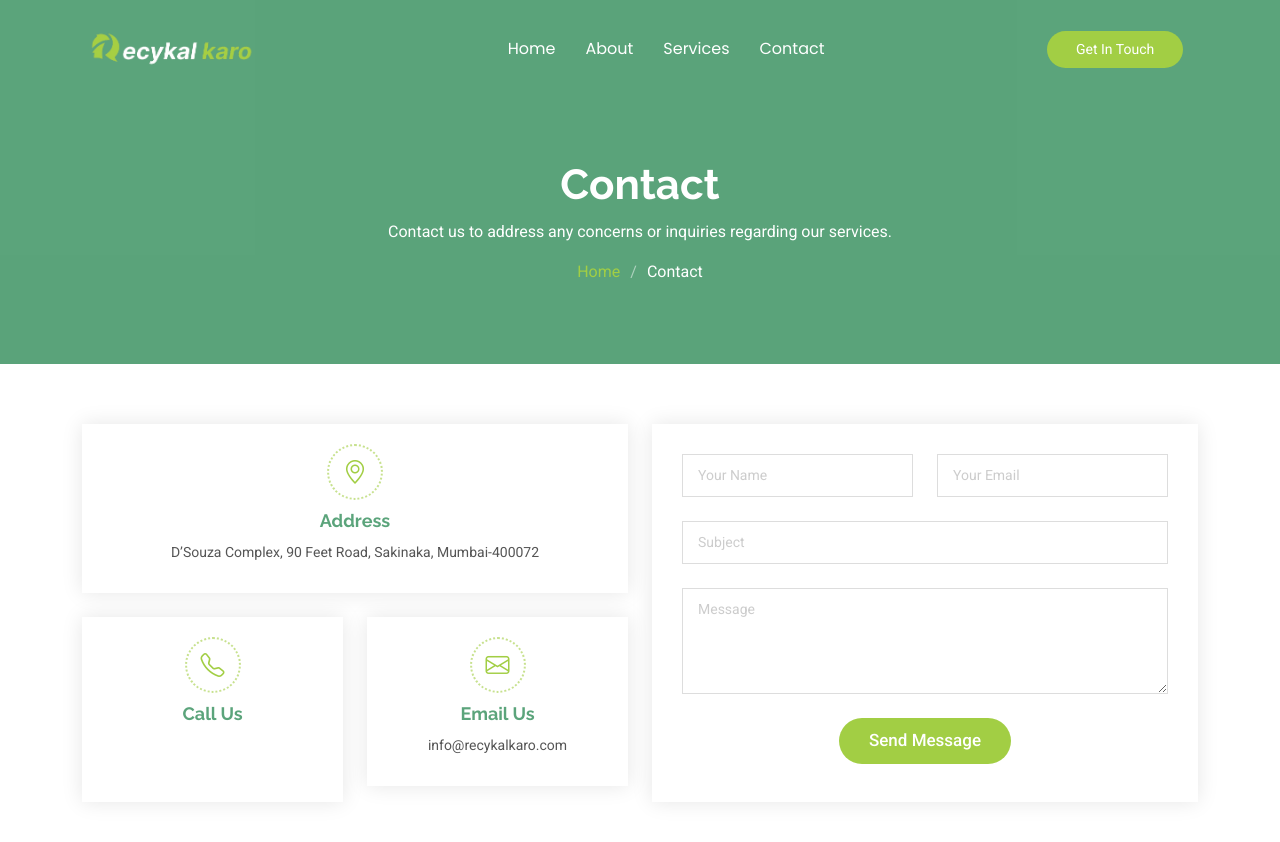
Repository: msmsa2001/recyclekaro
Page: contact.html
The author's editor kept a copy of each file at every save. The page is drawn from the files as they stood at one save, then again after the next save.
The browser window is 1280 px wide. The pictures show the part of the page from y = 0 to 842 px (the page is 1739 px tall before and 1731 px after).
Pictures or frames that could not be fetched are drawn as grey boxes.

Above is the page before, as saved 2024-09-30 15:09:04.
Console error: TypeError: Cannot read properties of null (reading 'style')

### contact.html
<!DOCTYPE html>
<html lang="en">

<head>
  <meta charset="utf-8">
  <meta content="width=device-width, initial-scale=1.0" name="viewport">
  <title>Contact - Moderna Bootstrap Template</title>
  <meta name="description" content="">
  <meta name="keywords" content="">

  <!-- Favicons -->
  <!-- <link href="assets/img/favicon.png" rel="icon"> -->
  <link href="assets/img/logos/favicon-32x32-removebg-preview.png" rel="icon">

  <link href="assets/img/apple-touch-icon.png" rel="apple-touch-icon">

  <!-- Fonts -->
  <link href="https://fonts.googleapis.com" rel="preconnect">
  <link href="https://fonts.gstatic.com" rel="preconnect" crossorigin>
  <link href="https://fonts.googleapis.com/css2?family=Roboto:ital,wght@0,100;0,300;0,400;0,500;0,700;0,900;1,100;1,300;1,400;1,500;1,700;1,900&family=Poppins:ital,wght@0,100;0,200;0,300;0,400;0,500;0,600;0,700;0,800;0,900;1,100;1,200;1,300;1,400;1,500;1,600;1,700;1,800;1,900&family=Raleway:ital,wght@0,100;0,200;0,300;0,400;0,500;0,600;0,700;0,800;0,900;1,100;1,200;1,300;1,400;1,500;1,600;1,700;1,800;1,900&display=swap" rel="stylesheet">

  <!-- Vendor CSS Files -->
  <link href="assets/vendor/bootstrap/css/bootstrap.min.css" rel="stylesheet">
  <link href="assets/vendor/bootstrap-icons/bootstrap-icons.css" rel="stylesheet">
  <link href="assets/vendor/aos/aos.css" rel="stylesheet">
  <link href="assets/vendor/glightbox/css/glightbox.min.css" rel="stylesheet">
  <link href="assets/vendor/swiper/swiper-bundle.min.css" rel="stylesheet">

  <!-- Main CSS File -->
  <link href="assets/css/main.css" rel="stylesheet">

  <!-- =======================================================
  * Template Name: Moderna
  * Template URL: https://bootstrapmade.com/free-bootstrap-template-corporate-moderna/
  * Updated: Aug 07 2024 with Bootstrap v5.3.3
  * Author: BootstrapMade.com
  * License: https://bootstrapmade.com/license/
  ======================================================== -->
</head>

<body class="contact-page">

  <header id="header" class="header d-flex align-items-center fixed-top">
    <div class="container-fluid container-xl position-relative d-flex align-items-center justify-content-between">

      <a href="index.html" class="logo d-flex align-items-center">
        <!-- Uncomment the line below if you also wish to use an image logo -->
        <!-- <img src="assets/img/logo.png" alt=""> -->
        <!-- <h1 class="sitename">Moderna</h1> -->
        <img src="assets/img/logos/Recykal_karo_logo_Balck_BG-removebg-preview.png" alt="" style="width: 180px;">

      </a>

      <nav id="navmenu" class="navmenu">
        <ul>
          <li><a href="index.html" class="active">Home</a></li>
          <li><a href="about.html">About</a></li>
          <li><a href="services.html">Services</a></li>
          <!-- <li><a href="portfolio.html">Portfolio</a></li>
          <li><a href="team.html">Team</a></li>
          <li><a href="blog.html">Blog</a></li>
          <li class="dropdown"><a href="#"><span>Dropdown</span> <i class="bi bi-chevron-down toggle-dropdown"></i></a>
            <ul>
              <li><a href="#">Dropdown 1</a></li>
              <li class="dropdown"><a href="#"><span>Deep Dropdown</span> <i class="bi bi-chevron-down toggle-dropdown"></i></a>
                <ul>
                  <li><a href="#">Deep Dropdown 1</a></li>
                  <li><a href="#">Deep Dropdown 2</a></li>
                  <li><a href="#">Deep Dropdown 3</a></li>
                  <li><a href="#">Deep Dropdown 4</a></li>
                  <li><a href="#">Deep Dropdown 5</a></li>
                </ul>
              </li>
              <li><a href="#">Dropdown 2</a></li>
              <li><a href="#">Dropdown 3</a></li>
              <li><a href="#">Dropdown 4</a></li>
            </ul>
          </li> -->
          <li><a href="contact.html">Contact</a></li>
        </ul>
        <i class="mobile-nav-toggle d-xl-none bi bi-list"></i>
      </nav>
      <a class="btn-getstarted" href="#contact">Get In Touch</a>

    </div>
  </header>

  <main class="main">

    <!-- Page Title -->
    <div class="page-title dark-background">
      <div class="container position-relative">
        <h1>Contact</h1>
        <p>Contact us to address any concerns or inquiries regarding our services.</p>
        <nav class="breadcrumbs">
          <ol>
            <li><a href="index.html">Home</a></li>
            <li class="current">Contact</li>
          </ol>
        </nav>
      </div>
    </div><!-- End Page Title -->

    <!-- Contact Section -->
    <section id="contact" class="contact section">

      <div class="container" data-aos="fade-up" data-aos-delay="100">

        <div class="row gy-4">
          <div class="col-lg-6 ">
            <div class="row gy-4">

              <div class="col-lg-12">
                <div class="info-item d-flex flex-column justify-content-center align-items-center" data-aos="fade-up" data-aos-delay="200">
                  <i class="bi bi-geo-alt"></i>
                  <h3>Address</h3>
                  <p>D’Souza Complex, 90 Feet Road, Sakinaka, Mumbai-400072
                  </p>
                </div>
              </div><!-- End Info Item -->

              <div class="col-md-6">
                <div class="info-item d-flex flex-column justify-content-center align-items-center" data-aos="fade-up" data-aos-delay="300">
                  <i class="bi bi-telephone"></i>
                  <h3>Call Us</h3>
                  <p class="mt-3"><a href="tel:9082588673"><span style="color: white;" >+91 9082588673</span></a></p>

                </div>
              </div><!-- End Info Item -->

              <div class="col-md-6">
                <div class="info-item d-flex flex-column justify-content-center align-items-center" data-aos="fade-up" data-aos-delay="400">
                  <i class="bi bi-envelope"></i>
                  <h3>Email Us</h3>
                  <p>info@recykalkaro.com</p>
                </div>
              </div><!-- End Info Item -->

            </div>
          </div>

          <div class="col-lg-6">
            <form action="forms/contact.php" method="post" class="php-email-form" data-aos="fade-up" data-aos-delay="500">
              <div class="row gy-4">

                <div class="col-md-6">
                  <input type="text" name="name" class="form-control" placeholder="Your Name" required="">
                </div>

                <div class="col-md-6 ">
                  <input type="email" class="form-control" name="email" placeholder="Your Email" required="">
                </div>

                <div class="col-md-12">
                  <input type="text" class="form-control" name="subject" placeholder="Subject" required="">
                </div>

                <div class="col-md-12">
                  <textarea class="form-control" name="message" rows="4" placeholder="Message" required=""></textarea>
                </div>

                <div class="col-md-12 text-center">
                  <div class="loading">Loading</div>
                  <div class="error-message"></div>
                  <div class="sent-message">Your message has been sent. Thank you!</div>

                  <button type="submit">Send Message</button>
                </div>

              </div>
            </form>
          </div><!-- End Contact Form -->

        </div>

      </div>

      <div class="mt-5" data-aos="fade-up" data-aos-delay="200">
        <iframe src="https://www.google.com/maps/embed?pb=!1m18!1m12!1m3!1d3770.2793611142156!2d72.88540377395167!3d19.095396651365814!2m3!1f0!2f0!3f0!3m2!1i1024!2i768!4f13.1!3m3!1m2!1s0x3be7c87ac4d15cdb%3A0xe466462b259fdd62!2sDSOUZA%20NAGAR%20COMPLEX%20dosti%20regency!5e0!3m2!1sen!2sin!4v1727327275013!5m2!1sen!2sin" width="100%" height="450" style="border:0;" allowfullscreen="" loading="lazy" referrerpolicy="no-referrer-when-downgrade"></iframe>      </div><!-- End Google Maps -->

    </section><!-- /Contact Section -->

  </main>

  <footer id="footer" class="footer dark-background">

    <!-- <div class="footer-newsletter">
      <div class="container">
        <div class="row justify-content-center text-center">
          <div class="col-lg-6">
            <h4>Join Our Newsletter</h4>
            <p>Subscribe to our newsletter and receive the latest news about our products and services!</p>
            <form action="forms/newsletter.php" method="post" class="php-email-form">
              <div class="newsletter-form"><input type="email" name="email"><input type="submit" value="Subscribe"></div>
              <div class="loading">Loading</div>
              <div class="error-message"></div>
              <div class="sent-message">Your subscription request has been sent. Thank you!</div>
            </form>
          </div>
        </div>
      </div>
    </div> -->

    <div class="container footer-top">
      <div class="row gy-4">
        <div class="col-lg-4 col-md-6 footer-about">
          <a href="index.html" class="logo d-flex align-items-center">
            <img src="assets/img/logos/Recykal_karo_logo_Balck_BG-removebg-preview.png" alt="">
          </a>
          <div class="footer-contact pt-3">
            <p>D’Souza Complex, 90 Feet Road,
            </p>
            <p>Sakinaka, Mumbai-400072</p>
            <p class="mt-3"><strong>Phone:</strong><a href="tel:9082588673"><span style="color: white;" >+91 9082588673</span></a></p>
            <p><strong>Email:</strong> <a href="mailto:info@recykalkaro.com"><span style="color: white;">info@recykalkaro.com</span></a></p>
          </div>
        </div>

        <div class="col-lg-2 col-md-3 footer-links">
          <h4>Useful Links</h4>
          <ul>
            <li><i class="bi bi-chevron-right"></i> <a href="index.html">Home</a></li>
            <li><i class="bi bi-chevron-right"></i> <a href="about.html">About us</a></li>
            <li><i class="bi bi-chevron-right"></i> <a href="services.html">Services</a></li>
            <li><i class="bi bi-chevron-right"></i> <a href="contact.html">Contact</a></li>
          </ul>
        </div>

        <!-- <div class="col-lg-2 col-md-3 footer-links">
          <h4>Our Services</h4>
          <ul>
            <li><i class="bi bi-chevron-right"></i> <a href="#">Web Design</a></li>
            <li><i class="bi bi-chevron-right"></i> <a href="#">Web Development</a></li>
            <li><i class="bi bi-chevron-right"></i> <a href="#">Product Management</a></li>
            <li><i class="bi bi-chevron-right"></i> <a href="#">Marketing</a></li>
          </ul>
        </div> -->

        <div class="col-lg-4 col-md-12">
          <h4>Follow Us</h4>
          <p>Stay connected with GreenLife E-Waste for the latest updates on eco-friendly practices, e-waste recycling tips, and sustainability news. Follow us on social media to join our mission towards a greener tomorrow!</p>
          <div class="social-links d-flex">
            <a href="https://x.com/greenlifeewaste" target="_blank"><i class="bi bi-twitter-x"></i></a>
            <a href="https://www.facebook.com/greenlifeewaste" target="_blank"><i class="bi bi-facebook"></i></a>
            <a href="https://www.instagram.com/greenlifeewaste/" target="_blank"><i class="bi bi-instagram"></i></a>
            <a href="https://www.linkedin.com/company/recykal-karo" target="_blank"><i class="bi bi-linkedin"></i></a>
          </div>
        </div>

      </div>
    </div>

    <div class="container copyright text-center mt-4">
      <p>© <span>Copyright</span> <strong class="px-1 sitename">Recykal Karo</strong> <span>All Rights Reserved</span></p>
      <div class="credits">
        <!-- All the links in the footer should remain intact. -->
        <!-- You can delete the links only if you've purchased the pro version. -->
        <!-- Licensing information: https://bootstrapmade.com/license/ -->
        <!-- Purchase the pro version with working PHP/AJAX contact form: [buy-url] -->
        Designed by <a href="https://pyzon.in/" target="_blank">Pyzon Pvt. Ltd.</a>
      </div>
    </div>

  </footer>

  <!-- Scroll Top -->
  <a href="#" id="scroll-top" class="scroll-top d-flex align-items-center justify-content-center"><i class="bi bi-arrow-up-short"></i></a>

  <!-- Preloader -->
  <div id="preloader"></div>

  <!-- Vendor JS Files -->
  <script src="assets/vendor/bootstrap/js/bootstrap.bundle.min.js"></script>
  <script src="assets/vendor/php-email-form/validate.js"></script>
  <script src="assets/vendor/aos/aos.js"></script>
  <script src="assets/vendor/glightbox/js/glightbox.min.js"></script>
  <script src="assets/vendor/purecounter/purecounter_vanilla.js"></script>
  <script src="assets/vendor/swiper/swiper-bundle.min.js"></script>
  <script src="assets/vendor/waypoints/noframework.waypoints.js"></script>
  <script src="assets/vendor/imagesloaded/imagesloaded.pkgd.min.js"></script>
  <script src="assets/vendor/isotope-layout/isotope.pkgd.min.js"></script>

  <!-- Main JS File -->
  <script src="assets/js/main.js"></script>

</body>

</html>

Loaded but not shown: assets/vendor/bootstrap/css/bootstrap.min.css (library); assets/vendor/bootstrap-icons/bootstrap-icons.css (library); assets/vendor/aos/aos.css (library); assets/vendor/glightbox/css/glightbox.min.css (library); assets/vendor/swiper/swiper-bundle.min.css (library); assets/vendor/bootstrap/js/bootstrap.bundle.min.js (library); assets/vendor/php-email-form/validate.js (common file); assets/vendor/aos/aos.js (library); assets/vendor/glightbox/js/glightbox.min.js (library); assets/vendor/purecounter/purecounter_vanilla.js (library); assets/vendor/swiper/swiper-bundle.min.js (library); assets/vendor/waypoints/noframework.waypoints.js (library); assets/vendor/imagesloaded/imagesloaded.pkgd.min.js (library); assets/vendor/isotope-layout/isotope.pkgd.min.js (library); assets/js/main.js (277 lines, source omitted); assets/css/main.css (3322 lines, source omitted)

After the next save:
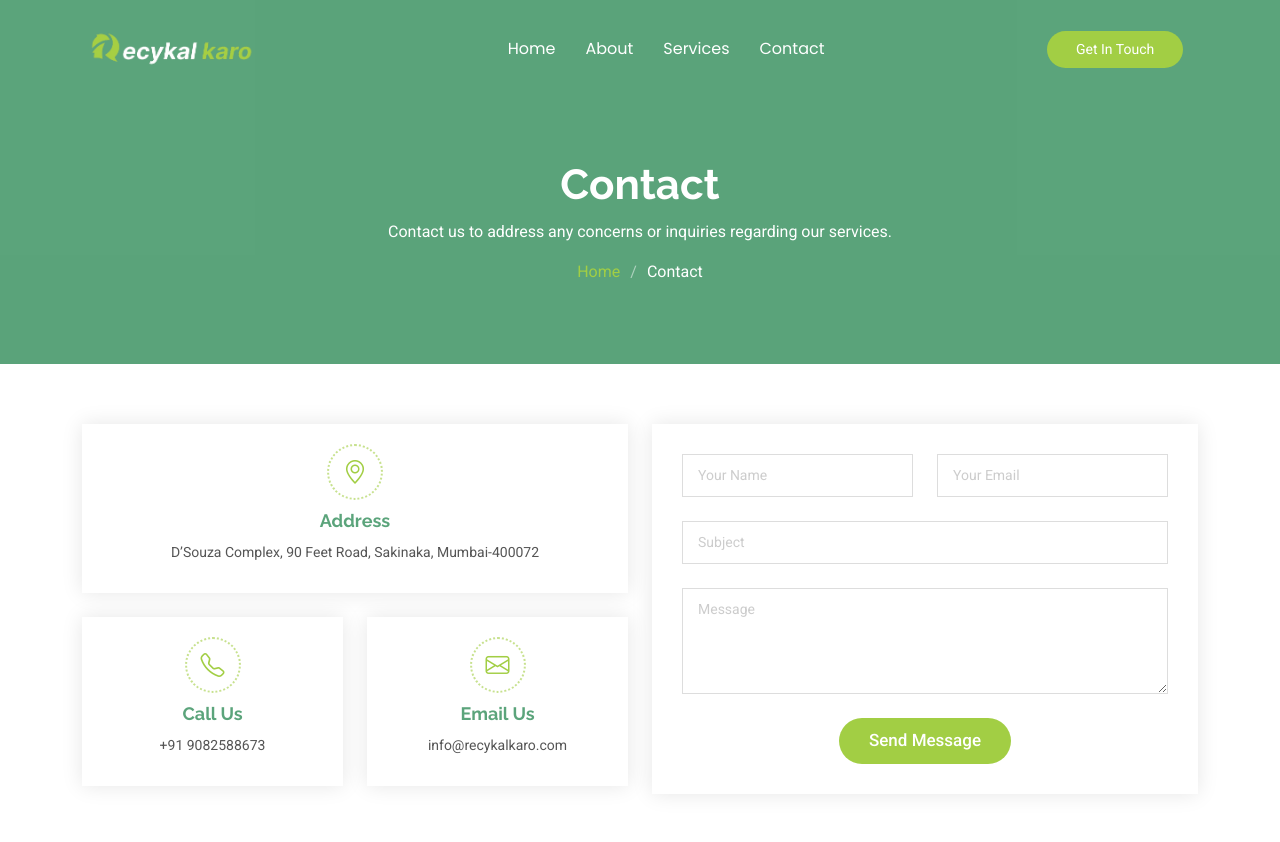
Saved 17 s later.
--- a/contact.html
+++ b/contact.html
@@ -123,8 +123,7 @@
                 <div class="info-item d-flex flex-column justify-content-center align-items-center" data-aos="fade-up" data-aos-delay="300">
                   <i class="bi bi-telephone"></i>
                   <h3>Call Us</h3>
-                  <p class="mt-3"><a href="tel:9082588673"><span style="color: white;" >+91 9082588673</span></a></p>
-
+                  <p>+91 9082588673</p>
                 </div>
               </div><!-- End Info Item -->
 
